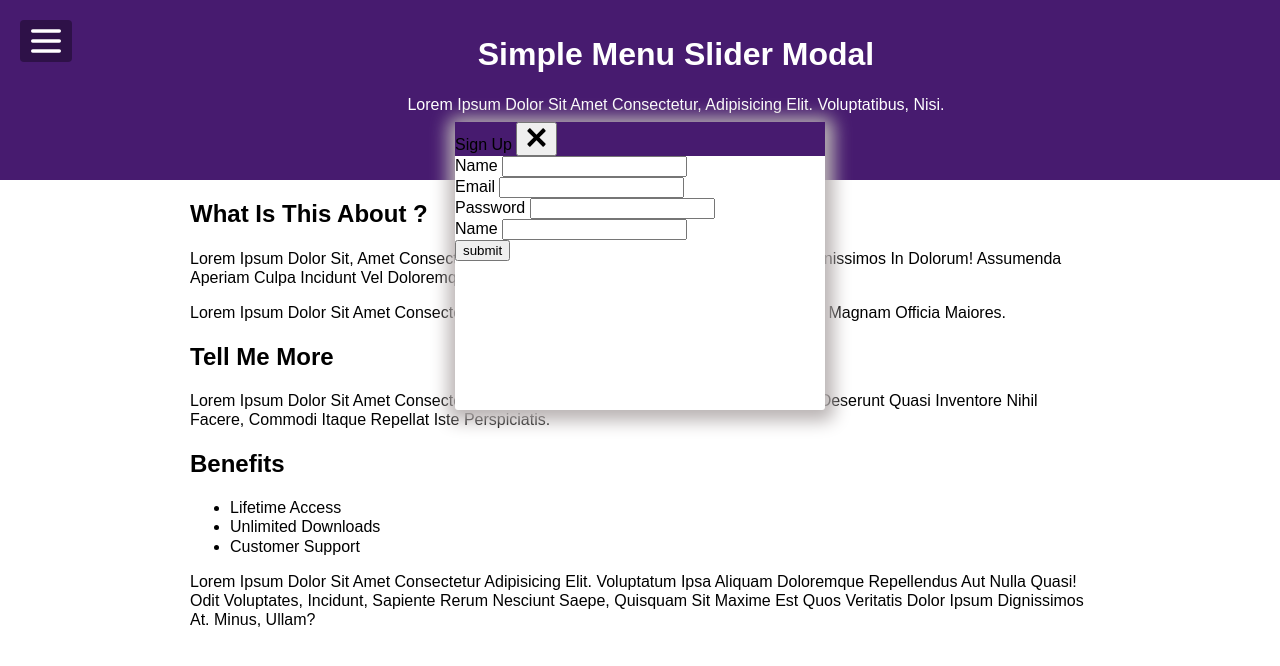
Repository: lilo750/Menu-Slider-modal
Page: index.html
An editor plug-in stored every save of this project. The page is shown before and after the next save, followed by the edit.
The browser window is 1280 px wide. The pictures show the whole page.

Above is the page before, as saved 2024-01-15 07:23:03.

### index.html
<!DOCTYPE html>
<html lang="en">
    <head>
        <meta charset="UTF-8" />
        <meta name="viewport" content="width=device-width, initial-scale=1.0" />
        <title>menu-slider-modal</title>
        <script defer src="assets/logic.js"></script>
        <link rel="stylesheet" href="assets/style.css" />
    </head>
    <body>
        <div class="left-menu">
            <!-- <aside>
                <div id="profile-img">
                    <img
                        src="assets/visuals/profile-img.jpg"
                        alt="profile image"
                    />
                </div>
                <ul>
                    <li>home</li>
                    <li>portfolio</li>
                    <li>blog</li>
                    <li>contact me</li>
                </ul>
            </aside> -->

            <button id="burger-btn">
                <img
                    src="assets/visuals/burger-menu-svgrepo-com.svg"
                    alt="burger icon"
                />
            </button>
        </div>
        <div class="container">
            <header>
                <div class="heading">
                    <h1>Simple Menu slider Modal</h1>
                    <p>
                        Lorem ipsum dolor sit amet consectetur, adipisicing
                        elit. Voluptatibus, nisi.
                    </p>
                    <button id="signUp-btn">Sign Up</button>
                </div>
            </header>

            <main>
                <h2>what is this about ?</h2>
                <p>
                    Lorem ipsum dolor sit, amet consectetur adipisicing elit.
                    Sunt officiis minus veniam, dignissimos in dolorum!
                    Assumenda aperiam culpa incidunt vel doloremque maxime
                    inventore. Temporibus, inventore?
                </p>
                <p>
                    Lorem ipsum dolor sit amet consectetur adipisicing elit.
                    Sunt debitis excepturi nemo, at magnam officia maiores.
                </p>
                <h2>tell me more</h2>
                <p>
                    Lorem ipsum dolor sit amet consectetur adipisicing elit.
                    Quae, recusandae obcaecati! Deserunt quasi inventore nihil
                    facere, commodi itaque repellat iste perspiciatis.
                </p>
                <h2>benefits</h2>
                <ul>
                    <li>lifetime access</li>
                    <li>unlimited downloads</li>
                    <li>customer support</li>
                </ul>
                <p>
                    Lorem ipsum dolor sit amet consectetur adipisicing elit.
                    Voluptatum ipsa aliquam doloremque repellendus aut nulla
                    quasi! Odit voluptates, incidunt, sapiente rerum nesciunt
                    saepe, quisquam sit maxime est quos veritatis dolor ipsum
                    dignissimos at. Minus, ullam?
                </p>
            </main>
        </div>
        <!-- ./container -->

        <div class="modal">
            <header>
                <span>Sign Up</span>
                <button id="close-btn">
                    <img
                        src="assets/visuals/close-icon.svg"
                        alt="burger icon"
                    />
                </button>
            </header>
            <form>
                <div class="form-control">
                    <label for="name">Name</label>
                    <input id="name" type="text" />
                </div>
                <div class="form-control">
                    <label for="mail">Email</label>
                    <input id="mail" type="email" />
                </div>
                <div class="form-control">
                    <label for="pass">Password</label>
                    <input id="pass" type="password" />
                </div>
                <div class="form-control">
                    <label for="cpass">Name</label>
                    <input id="cpass" type="password" />
                    <span class="warning"></span>
                </div>

                <button id="submit" type="submit">submit</button>
            </form>
        </div>
    </body>
</html>

### assets/logic.js
const signUpBtn = document.getElementById('signUp-btn');

/*
when the user click on the signup btn a modal will show by switching from hidden to visiblity visible
something i should consider before writing the code which is handle the close btn and submit btn and writing the html and css for the code

*/

const modalHandler = () => {};

signUpBtn.addEventListener('click', modalHandler);

### assets/style.css
html {
    font-family: sans-serif;
}

body {
    height: 100vh;
    margin: 0;
    padding: 0;
    text-transform: capitalize;
    line-height: 1.2;
}

.left-menu {
    position: absolute;

    #burger-btn {
        display: flex;
        align-items: center;
        justify-content: center;
        background-color: rgb(46, 17, 72);
        border: none;
        cursor: pointer;
        position: relative;
        left: 20px;
        top: 20px;
        border-radius: 4px;
    }
}

.container {
    display: flex;
    flex-direction: column;

    & header {
        background-color: rgb(71, 27, 111);
        color: #fff;
        text-align: center;
        padding: 14px 8px;
        padding-left: 80px;

        #signUp-btn {
            background-color: rgb(140, 70, 206);
            color: inherit;
            border: 0;
            outline: 2px;
            padding: 7px 16px;
            border-radius: 3px;
            cursor: pointer;
            font-size: 16px;
        }

        & p {
            margin-bottom: 20px;
        }
    }

    & main {
        max-width: 900px;
        align-self: center;
        padding-inline: 20px;
    }
}

.modal {
    width: 370px;
    height: 40vh; /*will be commented*/
    background-color: #fff;
    border-radius: 3px;
    box-shadow: 1px 3px 17px 8px #bab4b4;
    position: absolute;
    left: 50%;
    top: 37%;
    transform: translate(-50%, -50%);

    & header {
        background-color: rgb(71, 27, 111);
    }
}

### assets/visuals/burger-menu-svgrepo-com.svg
<?xml version="1.0" encoding="utf-8"?><!-- Uploaded to: SVG Repo, www.svgrepo.com, Generator: SVG Repo Mixer Tools -->
<svg width="40px" height="40px" viewBox="0 0 24 24" fill="none" xmlns="http://www.w3.org/2000/svg">
<path d="M4 18L20 18" stroke="#ffff" stroke-width="2" stroke-linecap="round"/>
<path d="M4 12L20 12" stroke="#ffff" stroke-width="2" stroke-linecap="round"/>
<path d="M4 6L20 6" stroke="#ffff" stroke-width="2" stroke-linecap="round"/>
</svg>

### assets/visuals/close-icon.svg
<?xml version="1.0"?><svg xmlns="http://www.w3.org/2000/svg" viewBox="0 0 30 30" width="25px" height="25px">    <path d="M 7 4 C 6.744125 4 6.4879687 4.0974687 6.2929688 4.2929688 L 4.2929688 6.2929688 C 3.9019687 6.6839688 3.9019687 7.3170313 4.2929688 7.7070312 L 11.585938 15 L 4.2929688 22.292969 C 3.9019687 22.683969 3.9019687 23.317031 4.2929688 23.707031 L 6.2929688 25.707031 C 6.6839688 26.098031 7.3170313 26.098031 7.7070312 25.707031 L 15 18.414062 L 22.292969 25.707031 C 22.682969 26.098031 23.317031 26.098031 23.707031 25.707031 L 25.707031 23.707031 C 26.098031 23.316031 26.098031 22.682969 25.707031 22.292969 L 18.414062 15 L 25.707031 7.7070312 C 26.098031 7.3170312 26.098031 6.6829688 25.707031 6.2929688 L 23.707031 4.2929688 C 23.316031 3.9019687 22.682969 3.9019687 22.292969 4.2929688 L 15 11.585938 L 7.7070312 4.2929688 C 7.5115312 4.0974687 7.255875 4 7 4 z"/></svg>

After the next save:
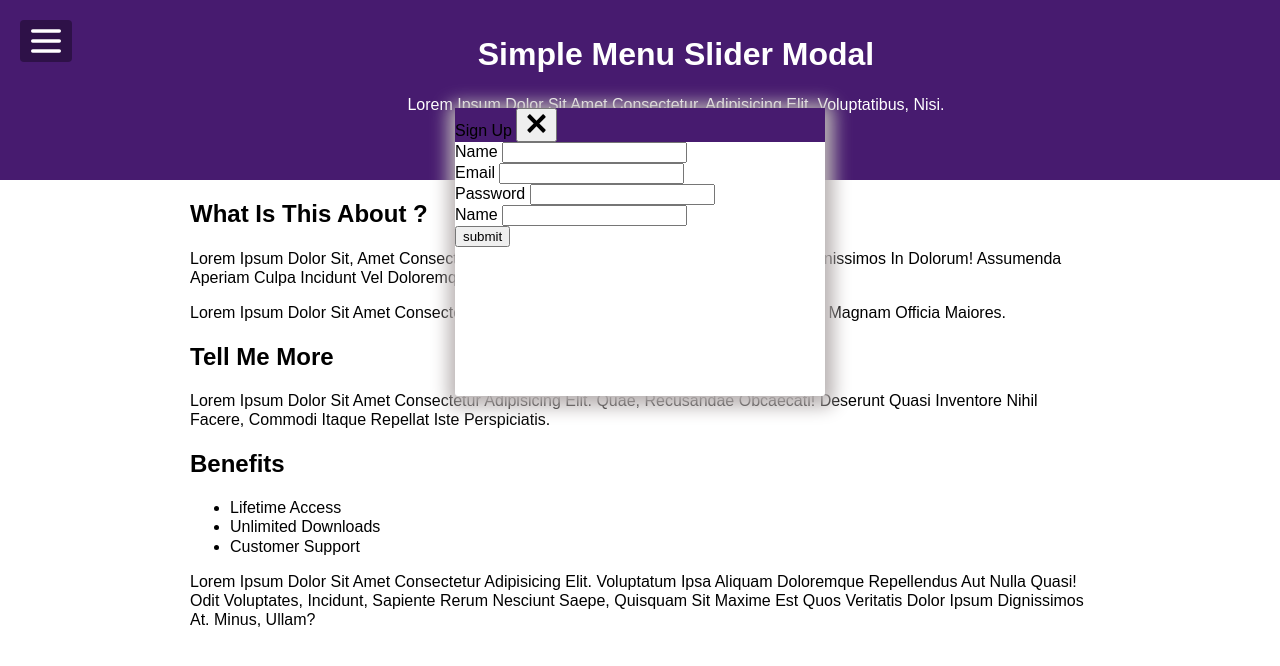
Saved 4 s later.
--- a/assets/style.css
+++ b/assets/style.css
@@ -69,7 +69,7 @@
     box-shadow: 1px 3px 17px 8px #bab4b4;
     position: absolute;
     left: 50%;
-    top: 37%;
+    top: 35%;
     transform: translate(-50%, -50%);
 
     & header {

After the 2 saves that followed:
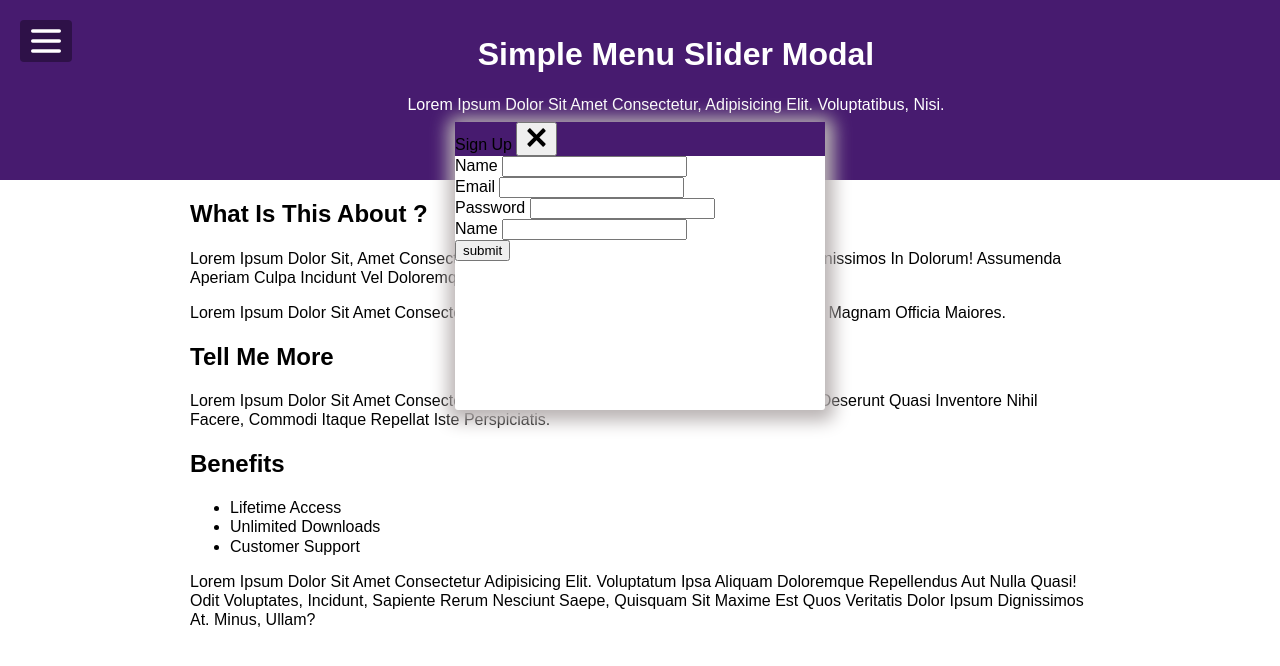
The 2 saves are shown as one change because they came seconds apart.
The last was saved 7 s later.
--- a/assets/style.css
+++ b/assets/style.css
@@ -69,7 +69,7 @@
     box-shadow: 1px 3px 17px 8px #bab4b4;
     position: absolute;
     left: 50%;
-    top: 35%;
+    top: 37%;
     transform: translate(-50%, -50%);
 
     & header {
